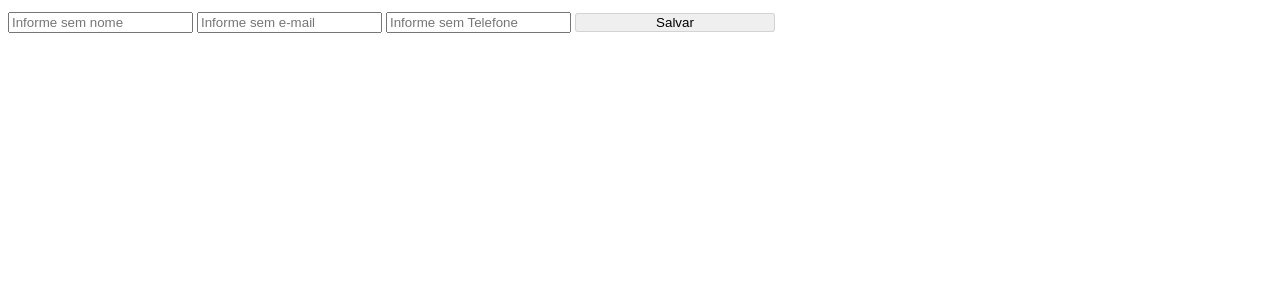
Repository: toniferreirasantos/teste-web
Page: index.html
The author's editor kept a copy of each file at every save. The page is drawn from the files as they stood at one save, then again after the next save.
The browser window is 1280 px wide. The pictures show the whole page.

Above is the page before, as saved 2025-09-16 19:36:42.

After the next save:
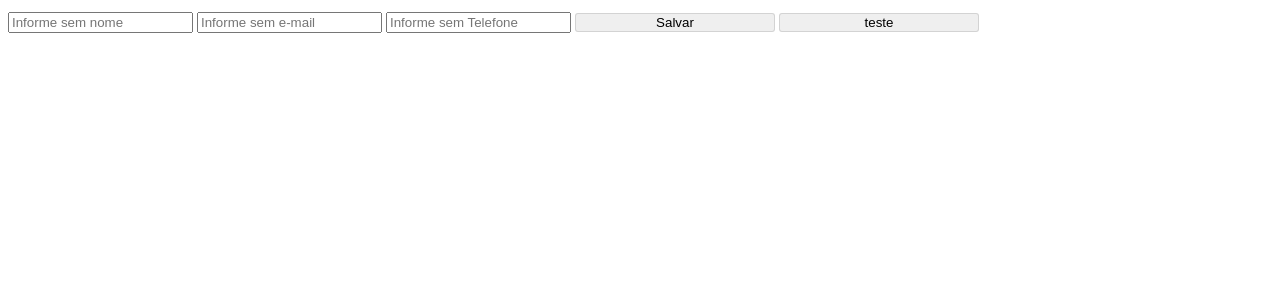
Saved 19 s later.
--- a/index.html
+++ b/index.html
@@ -20,5 +20,7 @@
         Salvar
     </button>
 
+    <button>teste</button>
+
 </body>
 </html>
